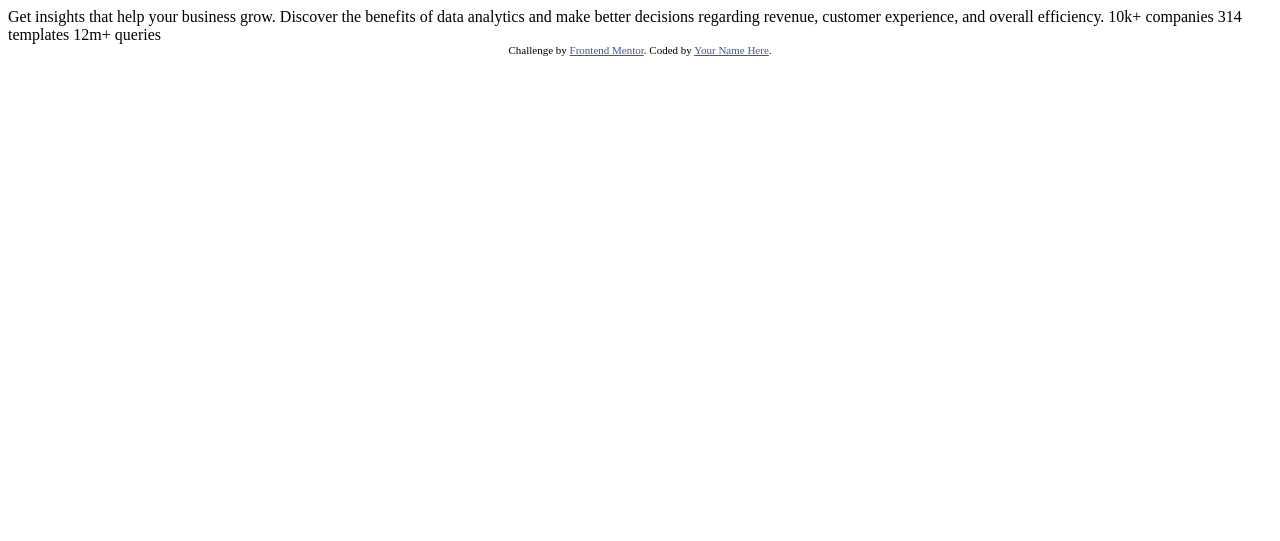
Repository: superZXMzzl/FrontendMentor
Page: stats-preview-card-component-main/index.html
The author's editor kept a copy of each file at every save. The page is drawn from the files as they stood at one save, then again after the next save.
The browser window is 1280 px wide. The pictures show the whole page.

Above is the page before, as saved 2022-05-09 18:16:11.

After the next save:
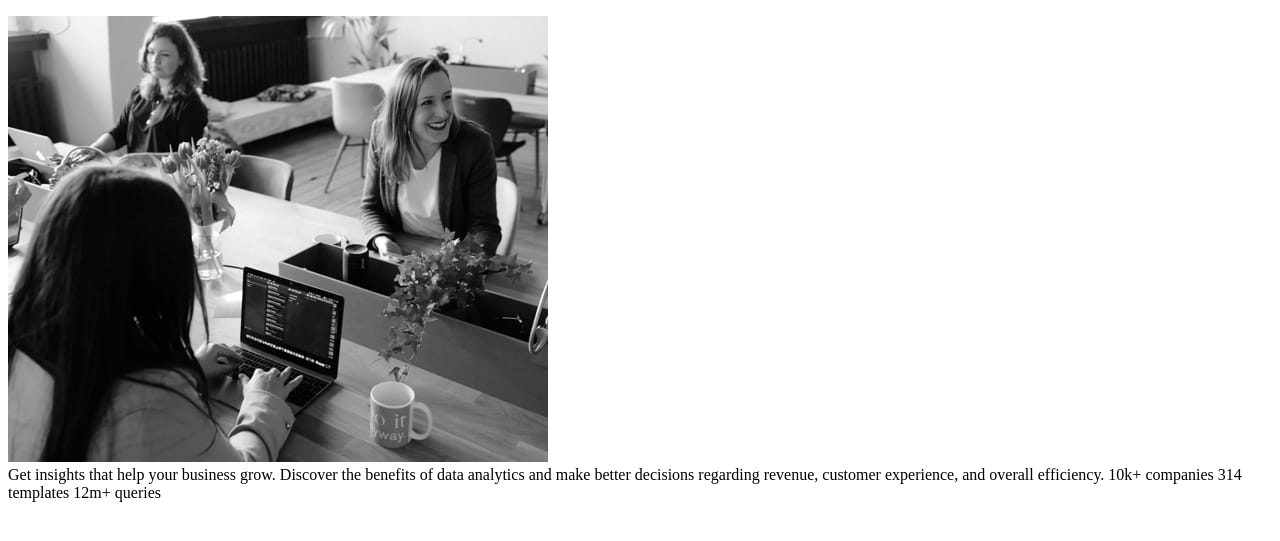
Saved 4 min 2 s later.
--- a/stats-preview-card-component-main/index.html
+++ b/stats-preview-card-component-main/index.html
@@ -7,15 +7,29 @@
   <link rel="icon" type="image/png" sizes="32x32" href="./images/favicon-32x32.png">
 
   <title>Frontend Mentor | Stats preview card component</title>
-
-  <!-- Feel free to remove these styles or customise in your own stylesheet 👍 -->
-  <style>
-    .attribution { font-size: 11px; text-align: center; }
-    .attribution a { color: hsl(228, 45%, 44%); }
-  </style>
 </head>
 <body>
-
+  <div class="container">
+    <div class="left">
+      <p class="title"></p>
+      <p class="description"></p>
+      <div class="sta">
+        <div class="staInfo">
+          <p class="staTitle"></p>
+          <p class="staDetail"></p>
+        </div>
+        <div class="staInfo">
+          <p class="staTitle"></p>
+          <p class="staDetail"></p>
+        </div>
+        <div class="staInfo">
+          <p class="staTitle"></p>
+          <p class="staDetail"></p>
+        </div>
+      </div>
+    </div>
+    <img src="./images/image-header-desktop.jpg" class="image">
+  </div>
   Get insights that help your business grow.
 
   Discover the benefits of data analytics and make better decisions regarding revenue, customer
@@ -25,9 +39,5 @@
   314 templates
   12m+ queries
 
-  <div class="attribution">
-    Challenge by <a href="https://www.frontendmentor.io?ref=challenge" target="_blank">Frontend Mentor</a>.
-    Coded by <a href="#">Your Name Here</a>.
-  </div>
 </body>
 </html>
